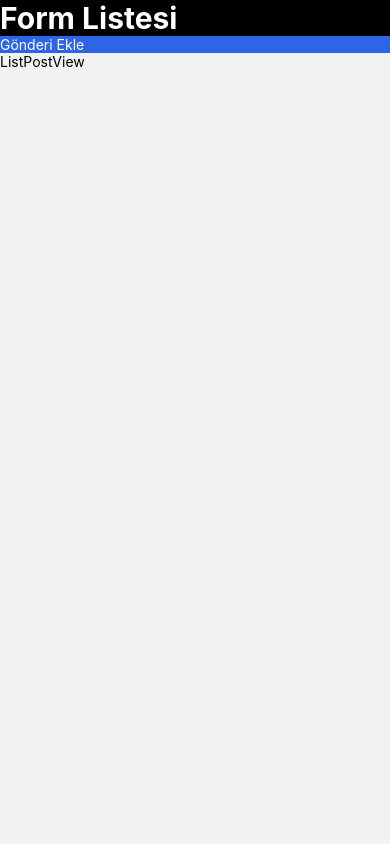
Repository: Kubraaygun/FirebaseRN
Page: /
The author's editor kept a copy of each file at every save. The page is drawn from the files as they stood at one save, then again after the next save.
The browser window is 390 px wide. The pictures show the whole page.
The app was drawn by React Native's web renderer in a window 390 px wide. The project was rebuilt for these pictures with package versions that can differ from the ones it lists, and the page was loaded fresh each time. Also part of the build but not shown: src/screens/AddPost/AddPostView.jsx, src/screens/AddPost/AddPostController.jsx.

Above is the page before, as saved 2025-01-20 18:58:59.

### App.js
import {SafeAreaView, StyleSheet, Text, View} from 'react-native';
import React from 'react';
import {createNativeStackNavigator} from '@react-navigation/native-stack';
import {NavigationContainer} from '@react-navigation/native';
import ListPostController from './src/screens/ListPost/ListPostController';
import AddPostController from './src/screens/AddPost/AddPostController';
import AppBar from './src/screens/component/AppBar';

const App = () => {
  const Stack = createNativeStackNavigator();
  return (
    <SafeAreaView style={{flex: 1}}>
      <NavigationContainer>
        <AppBar />
        <Stack.Navigator screenOptions={{headerShown: false}}>
          <Stack.Screen name="ListPost" component={ListPostController} />
          <Stack.Screen name="AddPost" component={AddPostController} />
        </Stack.Navigator>
      </NavigationContainer>
    </SafeAreaView>
  );
};

export default App;

const styles = StyleSheet.create({});

### src/screens/ListPost/ListPostController.jsx
import {StyleSheet, Text, View} from 'react-native';
import React from 'react';
import ListPostView from './ListPostView';

const ListPostController = () => {
  return <ListPostView />;
};

export default ListPostController;

const styles = StyleSheet.create({});

### src/screens/component/AppBar.jsx
import {StyleSheet, Text, View} from 'react-native';
import React from 'react';
import CustomButton from './CustomButton';

const AppBar = () => {
  return (
    <View style={styles.container}>
      <Text style={styles.title}>Form Listesi</Text>
      <CustomButton buttonTitle={'Gönderi Ekle'} />
    </View>
  );
};

export default AppBar;

const styles = StyleSheet.create({
  container: {
    backgroundColor: '#000000',
  },
  title: {
    color: 'white',
    fontSize: 30,
    fontWeight: '700',
  },
});

### src/screens/ListPost/ListPostView.jsx
import {StyleSheet, Text, View} from 'react-native';
import React from 'react';

const ListPostView = () => {
  return (
    <View>
      <Text>ListPostView</Text>
    </View>
  );
};

export default ListPostView;

const styles = StyleSheet.create({});

### src/screens/component/CustomButton.jsx
import {StyleSheet, Text, TouchableOpacity, View} from 'react-native';
import React from 'react';

const CustomButton = ({buttonTitle}) => {
  return (
    <TouchableOpacity style={styles.buttonContainer}>
      <Text style={styles.buttonTitle}>{buttonTitle}</Text>
    </TouchableOpacity>
  );
};

export default CustomButton;

const styles = StyleSheet.create({
  buttonContainer: {
    backgroundColor: '#2D65E6',
    flexDirection: 'row',
    justifyContent: 'space-between',
  },
  buttonTitle: {
    color: '#ffffff',
  },
});

After the next save:
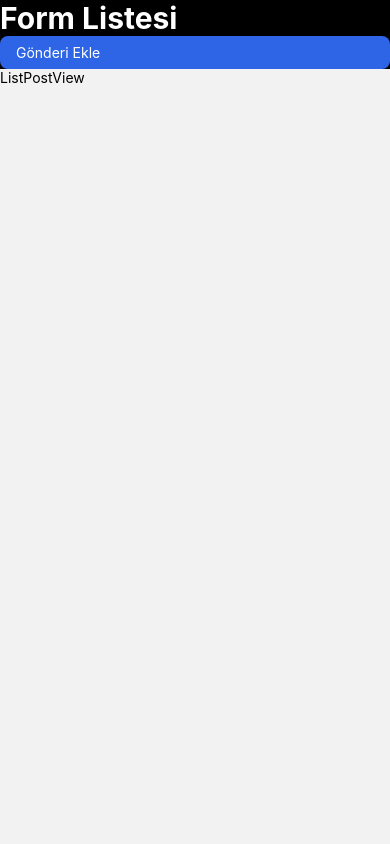
Saved 9 s later.
--- a/src/screens/component/CustomButton.jsx
+++ b/src/screens/component/CustomButton.jsx
@@ -16,6 +16,9 @@ const styles = StyleSheet.create({
     backgroundColor: '#2D65E6',
     flexDirection: 'row',
     justifyContent: 'space-between',
+    paddingHorizontal: 16,
+    paddingVertical: 8,
+    borderRadius: 8,
   },
   buttonTitle: {
     color: '#ffffff',
